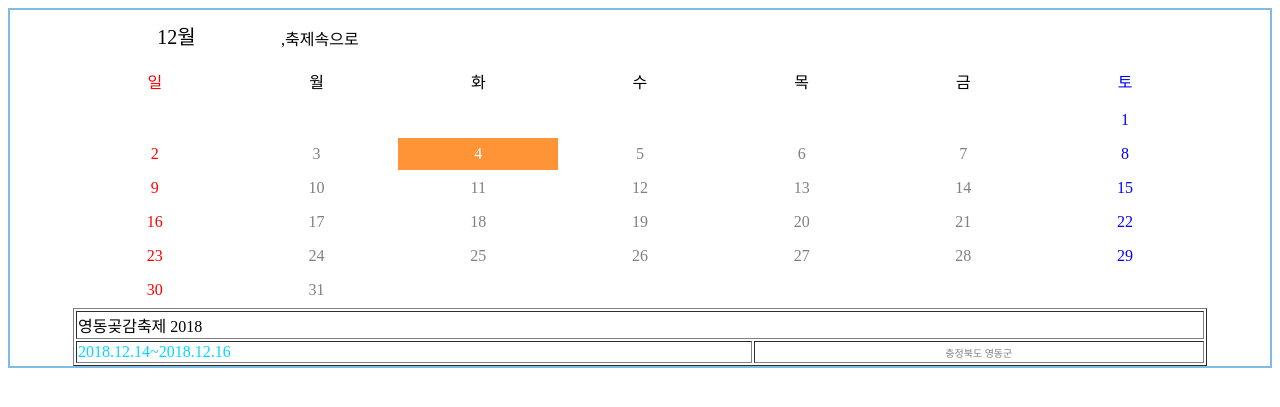
Repository: jih3508/Webproject_Rest
Page: http://localhost/comma1004/include/sideCalendar.jsp
The author's editor kept a copy of each file at every save. The page is drawn from the files as they stood at one save, then again after the next save.
The browser window is 1280 px wide. The pictures show the whole page.
The page is served by Tomcat 9. Nobody is signed in. The application's start-up code is not run. Other server files are loaded and not shown.

Above is the page before, as saved 2018-12-04 11:47:43.

### comma1004/src/main/webapp/include/sideCalendar.jsp
<%@ page language="java" contentType="text/html; charset=UTF-8"
    pageEncoding="UTF-8"%>
    <%@ page import="java.util.Calendar" %>
 <%
 Calendar cal = Calendar.getInstance();

 int y = 0;
 int m = 0;
 int day =0; //오늘 날짜 출력

	 y = cal.get(Calendar.YEAR);
	 m = cal.get(Calendar.MONTH);
	 day = cal.get(Calendar.DATE);

 cal.set(y,m,1);  // 출력 월의  1일날로 세팅 ( 1일날의 요일을 얻기 위해)

 int dayOfWeek = cal.get(Calendar.DAY_OF_WEEK);       // 1일날의 요일
 int lastDay = cal.getActualMaximum(Calendar.DATE);   // 마지막 날짜
%>

<!DOCTYPE html PUBLIC "-//W3C//DTD HTML 4.01 Transitional//EN" "http://www.w3.org/TR/html4/loose.dtd">
<html>
<head>
<meta http-equiv="Content-Type" content="text/html; charset=UTF-8">
<title>Insert title here</title>
</head>
<body>
<style>
	.calendar{
		overflow:hidden;
		border:2px solid #80BCE1;
		text-align:center;
	}
	.calendar table{
		width:90%;
	}
</style>
<div>
<div class="calendar" >
   <table border="0" align="center" style="margin-top:8px;" >
   <colgroup>
			<col width="18%"/>
			<col width="82%"/>

	</colgroup>
   <tr>
   	   	<td style="font-size:20px; witdh:5%;"><%=m+1 %>월</td><td style="vertical-align:bottom; text-align:left; "> ,축제속으로</td>
   </tr>
   </table>
<table border="0" align="center" width="10%;" height="250px" style="margin-top:5px;">
<tr>
<td style="color:red; ">일</td><td>월</td><td>화</td><td>수</td><td>목</td><td>금</td><td style="color:blue; ">토</td>
</tr>
<%
 for(int i=1; i<dayOfWeek; i++) {
 %>
       <td></td>
 <%
 }
 for(int d=1; d<=lastDay; d++) {

	 if(dayOfWeek%7 == 0)  {
		 if(d == day){
			%>
			<td style="background-color:#FF9436; color:blue;"><%=d %> </td>
			<%
		 }
		 else{

			 out.print("<td><font color=blue>"+d+"</font></td>");

		 }
	 } else if(dayOfWeek%7 == 1) {
		 if(d==day){
		%>
		<td style="background-color:#FF9436; color:blue;"><%=d %></td>
		<%
		 }
		 else{
		 out.print("<td><font color=red>"+d+"</font></td>");
		 }
	} else {
		if(d == day){
		%>
		<td style="background-color:#FF9436; color:#FFFFFF;"><%=d %></td>
		<%
		}
		else
		{
 	%>
          <td style="color:gray;"><%=d %> </td>
   <%
		}
	 }

	 if(dayOfWeek%7 == 0) {
   %>
    </t><tr>
   <%
     }
     dayOfWeek++;
 }
 %>

    </tr>
</table>
<table align="center" border="1">
	<colgroup>
		<col width="60%"/>
		<col width="40%"/>
	</colgroup>
	<tr>
		<td colspan="2" align="left">영동곶감축제 2018</td>
	</tr>
	<tr>
		<td style="color:#00D8FF; text-align:left; ">2018.12.14~2018.12.16</td>
		<td style="color:gray; font-size:10px; ">충정북도 영동군</td>
	</tr>
</table>
</div>
</div>
</body>
</html>

After the next save:
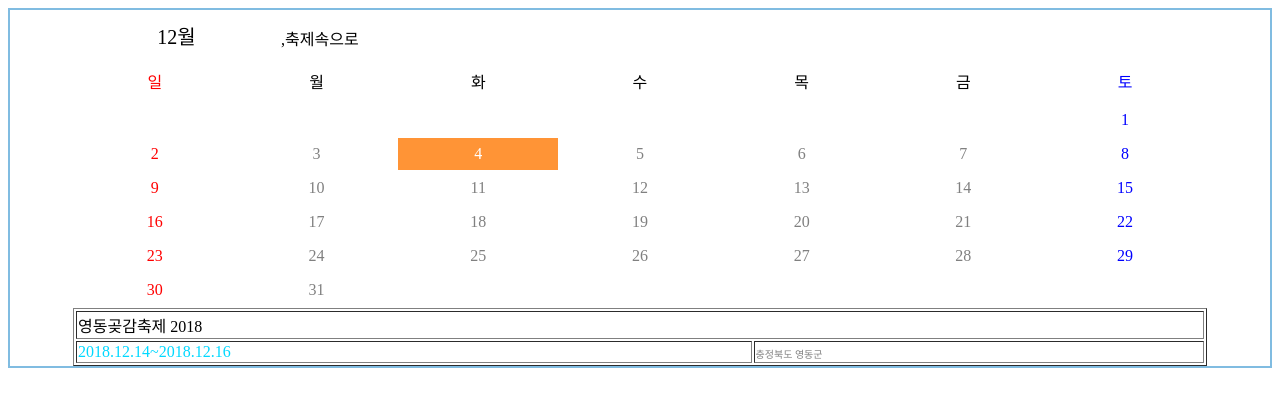
Saved 41 s later.
--- a/comma1004/src/main/webapp/include/sideCalendar.jsp
+++ b/comma1004/src/main/webapp/include/sideCalendar.jsp
@@ -114,7 +114,7 @@
 	</tr>
 	<tr>
 		<td style="color:#00D8FF; text-align:left; ">2018.12.14~2018.12.16</td>
-		<td style="color:gray; font-size:10px; ">충정북도 영동군</td>
+		<td style="color:gray; font-size:10px;  text-align:left; vertical-align:bottom; ">충정북도 영동군</td>
 	</tr>
 </table>
 </div>
